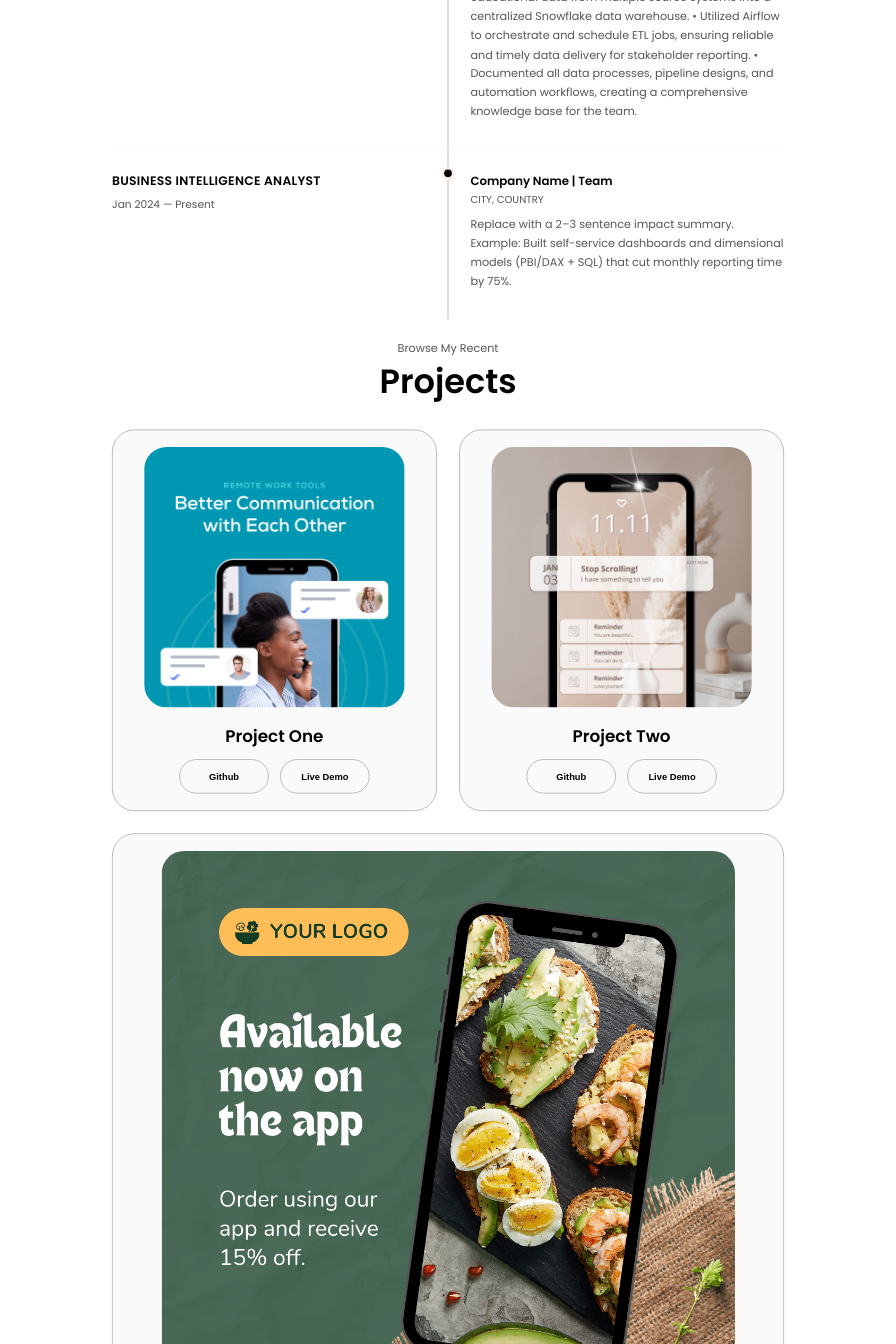
Repository: Komal-A99/komal-albhar
Page: index.html
These files come from the project's save history. The page is drawn as it stood at one moment and after the next save; the edit follows.
The browser window is 1280 px wide. The pictures show the part of the page from y = 2432 to 4352 px (the page is 5404 px tall before and 5649 px after), at 70% of full size.

Above is the page before, as saved 2025-08-26 11:11:59.

### index.html
<!DOCTYPE html>
<html lang="en">
  <head>
    <meta charset="UTF-8" />
    <meta http-equiv="X-UA-Compatible" content="IE=edge" />
    <meta name="viewport" content="width=device-width, initial-scale=1.0" />
    <title>Komal Albhar Portfolio</title>
    <link rel="stylesheet" href="style.css" />
    <link rel="stylesheet" href="mediaqueries.css" />
    <link rel="icon" type="image/gif" href="career.gif" />
  </head>
  <body>
    <nav id="desktop-nav">
      <div class="logo">Komal Albhar</div>
      <div>
        <ul class="nav-links">
          <li><a href="#about">About</a></li>
          <li><a href="#experience">Experience</a></li>
          <li><a href="#projects">Projects</a></li>
          <li><a href="#contact">Contact</a></li>
        </ul>
      </div>
    </nav>
    <nav id="hamburger-nav">
      <div class="logo">Komal Albhar</div>
      <div class="hamburger-menu">
        <div class="hamburger-icon" onclick="toggleMenu()">
          <span></span>
          <span></span>
          <span></span>
        </div>
        <div class="menu-links">
          <li><a href="#about" onclick="toggleMenu()">About</a></li>
          <li><a href="#experience" onclick="toggleMenu()">Experience</a></li>
          <li><a href="#projects" onclick="toggleMenu()">Projects</a></li>
          <li><a href="#contact" onclick="toggleMenu()">Contact</a></li>
        </div>
      </div>
    </nav>
    <section id="profile">
      <div class="section__pic-container">
        <img src="./assets/profile-pic.jpeg" alt="Komal Albhar profile picture" />
      </div>
      <div class="section__text">
        <p class="section__text__p1">Hello, I'm</p>
        <h1 class="title">Komal Albhar</h1>
        <p class="section__text__p2"><span id="rotating-text" class="fancy-title"></span></p>
        <div class="btn-container">
          <button
            class="btn btn-color-2"
            onclick="window.open('./assets/resume-example.pdf')"
          >
            Download CV
          </button>
          <button class="btn btn-color-1" onclick="location.href='./#contact'">
            Contact Info
          </button>
        </div>
        <div id="socials-container">
          <img
            src="./assets/linkedin.png"
            alt="My LinkedIn profile"
            class="icon"
            onclick="location.href='https://www.linkedin.com/in/komal-s-b44762373/'"
          />
          <img
            src="./assets/github.png"
            alt="My Github profile"
            class="icon"
            onclick="location.href='https://github.com/Komal-A99'"
          />
          <img
          src="./assets/visualization.png"
          alt="My Visualization profile"
          class="icon"
          onclick="location.href='https://public.tableau.com/app/profile/komal.albhar/vizzes'"
        />
        </div>
      </div>
    </section>
    <section id="about">
      <p class="section__text__p1">Get To Know More</p>
      <h1 class="title">About Me</h1>
      <div class="section-container">
       <!-- <div class="section__pic-container">
        <img
          src="./assets/about-pic.png"
          alt="Profile picture"
          class="about-pic"
        />

      </div>-->
        <div class="about-details-container">
          <div class="about-containers">
            <div class="details-container">
              <img
                src="./assets/experience.png"
                alt="Experience icon"
                class="icon"
              />
              <h3>Experience</h3>
              <p>3 years <br />Data Analyst </p>
            </div>
            <div class="details-container">
              <img
                src="./assets/education.png"
                alt="Education icon"
                class="icon"
              />
              <h3>Education</h3>
              <p>B.E. Bachelors Degree<br />M.S. Masters Degree</p>
            </div>
          </div>
          <div class="text-container">
            <p>
              Lorem ipsum dolor sit amet consectetur adipisicing elit. Hic quis
              reprehenderit et laborum, rem, dolore eum quod voluptate
              exercitationem nobis, nihil esse debitis maxime facere minus sint
              delectus velit in eos quo officiis explicabo deleniti dignissimos.
              Eligendi illum libero dolorum cum laboriosam corrupti quidem,
              reiciendis ea magnam? Nulla, impedit fuga!
            </p>
          </div>
        </div>
      </div>
      <img
        src="./assets/arrow.png"
        alt="Arrow icon"
        class="icon arrow"
        onclick="location.href='./#experience'"
      />
    </section>
    <section id="experience">
      <p class="section__text__p1">Professional Background</p>
      <h1 class="title">Experience</h1>

      <div class="timeline">
        <!-- ITEM -->
        <div class="tl-item">
          <div class="tl-left">
            <h3>Data Engineer</h3>
            <div class="tl-date">Jan 2024 — Present</div>
          </div>
          <div class="tl-right">
            <h3 class="company">Humanitarians AI</h3>
            <div class="location">Remote</div>
            <p class="desc">
              Designed and implemented scalable data pipelines on AWS using Glue, Lambda, and S3 to automate the ingestion and
              processing of large-scale, unstructured clinical and patient data, improving data availability for reporting by 40%.
              • Developed and optimized Python scripts for complex ETL processes, transforming raw EHR (Electronic Health
              Record) and claims data into structured, analysis-ready formats for analytics and operational reporting.
              • Built automated data validation and quality checks within pipelines to ensure data integrity, accuracy, and compliance
              across all systems, directly supporting internal controls and audit requirements.
              • Collaborated with clinical analysts and business stakeholders to understand data requirements and deliver clean,
              reliable, and timely datasets for population health analytics and regulatory reporting.
            </p>
          </div>
        </div>

        <div class="tl-item">
          <div class="tl-left">
            <h3>Data Engineer Intern</h3>
            <div class="tl-date">Aug 2024 — Dec 2024</div>
          </div>
          <div class="tl-right">
            <h3 class="company">Abecedarian</h3>
            <div class="location">Boston, MA</div>
            <p class="desc">
              • Engineered and maintained robust data pipelines using Python and SQL, automating the flow of educational data from
                multiple source systems into a centralized Snowflake data warehouse.
              • Utilized Airflow to orchestrate and schedule ETL jobs, ensuring reliable and timely data delivery for stakeholder
                reporting.
              • Documented all data processes, pipeline designs, and automation workflows, creating a comprehensive knowledge base
                for the team.
            </p>
          </div>
        </div>

        <div class="tl-item">
          <div class="tl-left">
            <h3>Business Intelligence Analyst</h3>
            <div class="tl-date">Jan 2024 — Present</div>
          </div>
          <div class="tl-right">
            <h3 class="company">Company Name | Team</h3>
            <div class="location">City, Country</div>
            <p class="desc">
              Replace with a 2–3 sentence impact summary. Example: Built self-service dashboards and
              dimensional models (PBI/DAX + SQL) that cut monthly reporting time by 75%.
            </p>
          </div>
        </div>

        <!-- Duplicate tl-item blocks for each role -->
      </div>
    </section>

    <section id="projects">
      <p class="section__text__p1">Browse My Recent</p>
      <h1 class="title">Projects</h1>
      <div class="experience-details-container">
        <div class="about-containers">
          <div class="details-container color-container">
            <div class="article-container">
              <img
                src="./assets/project-1.png"
                alt="Project 1"
                class="project-img"
              />
            </div>
            <h2 class="experience-sub-title project-title">Project One</h2>
            <div class="btn-container">
              <button
                class="btn btn-color-2 project-btn"
                onclick="location.href='https://github.com/'"
              >
                Github
              </button>
              <button
                class="btn btn-color-2 project-btn"
                onclick="location.href='https://github.com/'"
              >
                Live Demo
              </button>
            </div>
          </div>
          <div class="details-container color-container">
            <div class="article-container">
              <img
                src="./assets/project-2.png"
                alt="Project 2"
                class="project-img"
              />
            </div>
            <h2 class="experience-sub-title project-title">Project Two</h2>
            <div class="btn-container">
              <button
                class="btn btn-color-2 project-btn"
                onclick="location.href='https://github.com/'"
              >
                Github
              </button>
              <button
                class="btn btn-color-2 project-btn"
                onclick="location.href='https://github.com/'"
              >
                Live Demo
              </button>
            </div>
          </div>
          <div class="details-container color-container">
            <div class="article-container">
              <img
                src="./assets/project-3.png"
                alt="Project 3"
                class="project-img"
              />
            </div>
            <h2 class="experience-sub-title project-title">Project Three</h2>
            <div class="btn-container">
              <button
                class="btn btn-color-2 project-btn"
                onclick="location.href='https://github.com/'"
              >
                Github
              </button>
              <button
                class="btn btn-color-2 project-btn"
                onclick="location.href='https://github.com/'"
              >
                Live Demo
              </button>
            </div>
          </div>
        </div>
      </div>
      <img
        src="./assets/arrow.png"
        alt="Arrow icon"
        class="icon arrow"
        onclick="location.href='./#contact'"
      />
    </section>
    <section id="contact">
      <div class="contact-wrap">
        <!-- LEFT: copy -->
        <div class="contact-left">
          <p class="section__text__p1">Get in Touch</p>
          <h1 class="title contact-title">Contact Me</h1>

          <h3 class="contact-sub">I’d like to hear from you!</h3>
          <p class="contact-blurb">
            If you have any inquiries or just want to say hi, please use the contact form.
          </p>

          <a class="contact-email" href="mailto:albhar.komal@gmail.com">
            <img src="./assets/email.png" alt="Email icon" class="icon contact-icon email-icon" />
            albhar.komal@gmail.com
          </a>

          <div class="contact-socials">
            <img
              src="./assets/linkedin.png"
              alt="LinkedIn"
              class="icon"
              onclick="location.href='https://www.linkedin.com/in/komal-s-b44762373/'"
            />
            <img
              src="./assets/github.png"
              alt="GitHub"
              class="icon"
              onclick="location.href='https://github.com/Komal-A99'"
            />
            <img
              src="./assets/visualization.png"
              alt="Tableau"
              class="icon"
              onclick="location.href='https://public.tableau.com/app/profile/komal.albhar/vizzes'"
            />
          </div>
        </div>

        <!-- RIGHT: form -->
        <form class="contact-form">
          <div class="form-row two-col">
            <div class="form-field">
              <label for="first">First Name</label>
              <input id="first" name="first" type="text" autocomplete="given-name" required />
            </div>
            <div class="form-field">
              <label for="last">Last Name</label>
              <input id="last" name="last" type="text" autocomplete="family-name" required />
            </div>
          </div>

          <div class="form-row">
            <div class="form-field">
              <label for="email">Email <span aria-hidden="true">*</span></label>
              <input id="email" name="email" type="email" autocomplete="email" required />
            </div>
          </div>

          <div class="form-row">
            <div class="form-field">
              <label for="message">Message</label>
              <textarea id="message" name="message" rows="6" placeholder="Write your message…"></textarea>
            </div>
          </div>

          <div class="form-actions">
            <button type="submit" class="btn btn-color-1 send-btn">Send</button>
          </div>
        </form>
      </div>
    </section>
    <footer>
      <nav>
        <div class="nav-links-container">
          <ul class="nav-links">
            <li><a href="#about">About</a></li>
            <li><a href="#experience">Experience</a></li>
            <li><a href="#projects">Projects</a></li>
            <li><a href="#contact">Contact</a></li>
          </ul>
        </div>
      </nav>
      <p>Copyright &#169; 2024 Komal Albhar. All Rights Reserved.</p>
    </footer>
    <script src="script.js"></script>
  </body>
</html>

### mediaqueries.css
@media screen and (max-width: 1400px) {
    #profile {
      height: 83vh;
      margin-bottom: 6rem;
    }
    .about-containers {
      flex-wrap: wrap;
    }
    #contact,
    #projects {
      height: fit-content;
    }
  }

  @media screen and (max-width: 1200px) {
    #desktop-nav {
      display: none;
    }
    #hamburger-nav {
      display: flex;
    }
    #experience,
    .experience-details-container {
      margin-top: 2rem;
    }
    #profile,
    .section-container {
      display: block;
    }
    .arrow {
      display: none;
    }
    section,
    .section-container {
      height: fit-content;
    }
    section {
      margin: 0 5%;
    }
    .section__pic-container {
      width: 275px;
      height: 275px;
      margin: 0 auto 2rem;
    }
    .about-containers {
      margin-top: 0;
    }
  }

  @media screen and (max-width: 600px) {
    #contact,
    footer {
      height: 40vh;
    }
    #profile {
      height: 83vh;
      margin-bottom: 0;
    }
    article {
      font-size: 1rem;
    }
    footer nav {
      height: fit-content;
      margin-bottom: 2rem;
    }
    .about-containers,
    .contact-info-upper-container,
    .btn-container {
      flex-wrap: wrap;
    }
    .contact-info-container {
      margin: 0;
    }
    .contact-info-container p,
    .nav-links li a {
      font-size: 1rem;
    }
    .experience-sub-title {
      font-size: 1.25rem;
    }
    .logo {
      font-size: 1.5rem;
    }
    .nav-links {
      flex-direction: column;
      gap: 0.5rem;
      text-align: center;
    }
    .section__pic-container {
      width: auto;
      height: 46vw;
      justify-content: center;
    }
    .section__text__p2 {
      font-size: 1.25rem;
    }
    .title {
      font-size: 2rem;
    }
    .text-container {
      text-align: justify;
    }
  }

Loaded but not shown: script.js (24 lines, source omitted); style.css (532 lines, source omitted)

After the next save:
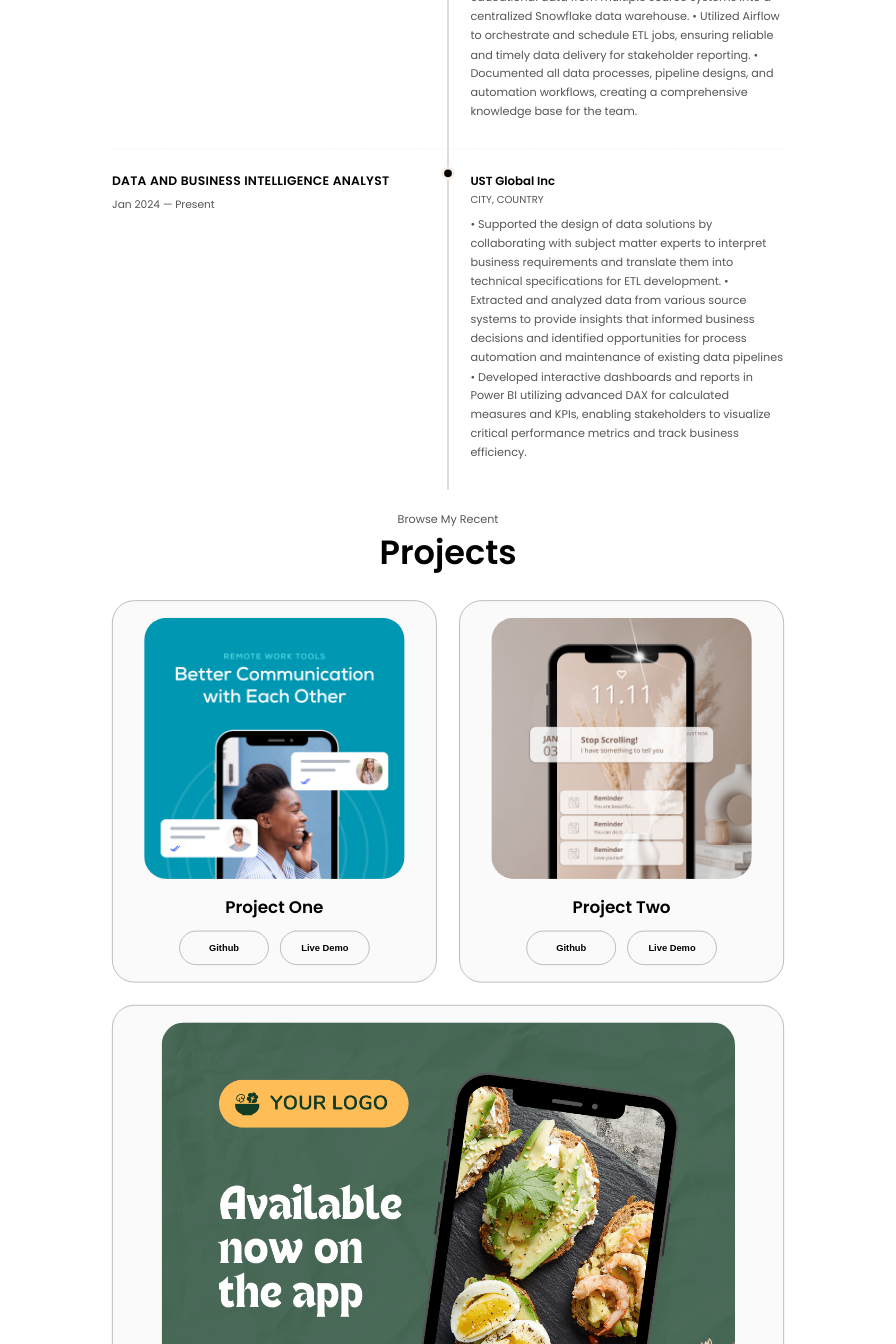
Saved 79 s later.
--- a/index.html
+++ b/index.html
@@ -178,15 +178,19 @@
 
         <div class="tl-item">
           <div class="tl-left">
-            <h3>Business Intelligence Analyst</h3>
+            <h3>Data and Business Intelligence Analyst</h3>
             <div class="tl-date">Jan 2024 — Present</div>
           </div>
           <div class="tl-right">
-            <h3 class="company">Company Name | Team</h3>
+            <h3 class="company">UST Global Inc</h3>
             <div class="location">City, Country</div>
             <p class="desc">
-              Replace with a 2–3 sentence impact summary. Example: Built self-service dashboards and
-              dimensional models (PBI/DAX + SQL) that cut monthly reporting time by 75%.
+              • Supported the design of data solutions by collaborating with subject matter experts to interpret business requirements
+                and translate them into technical specifications for ETL development.
+              • Extracted and analyzed data from various source systems to provide insights that informed business decisions and
+                identified opportunities for process automation and maintenance of existing data pipelines
+              • Developed interactive dashboards and reports in Power BI utilizing advanced DAX for calculated measures and KPIs,
+                enabling stakeholders to visualize critical performance metrics and track business efficiency.
             </p>
           </div>
         </div>
